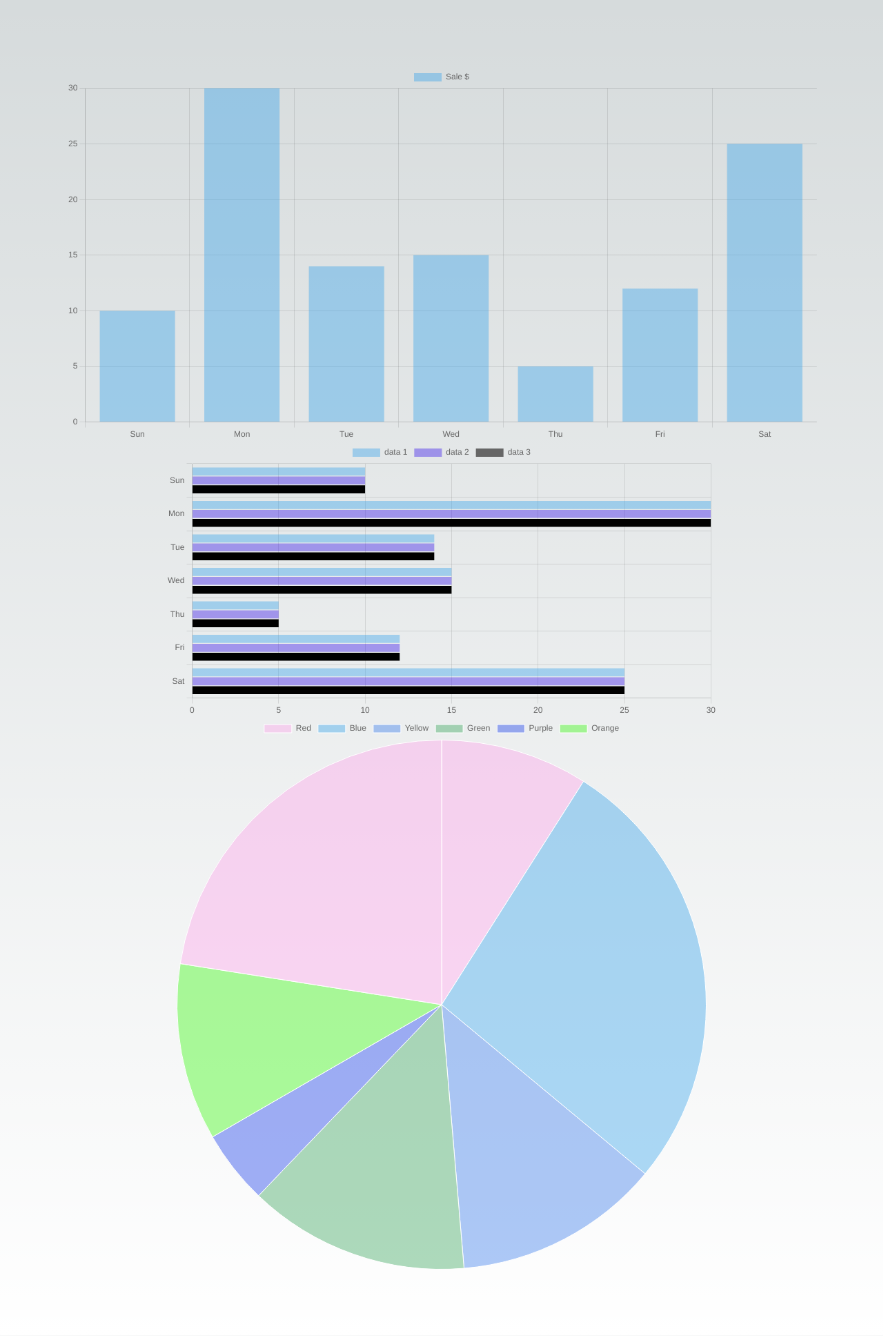
Repository: MonicaNguyenH/exercise-5
Page: /
An editor plug-in stored every save of this project. The page is shown before and after the next save, followed by the edit.
The browser window is 1280 px wide. The pictures show the whole page, at 69% of full size.
The project was rebuilt for these pictures with package versions that can differ from the ones it lists, and the page was loaded fresh each time. The framework's server and built-in components were replaced by stand-ins that run in the browser. Also part of the build but not shown: next.config.mjs.

Above is the page before, as saved 2024-04-15 14:29:56.

### pages/index.js

import styles from "@/styles/Home.module.css";
import VerticalBar from "@/components/VerticalBar";
import HorizontalChart from "@/components/HorizontalChart";
import PieChart from "@/components/PieChart ";


export default function Home() {
  return (
    <>
      <main className={`${styles.main}`}>
        <VerticalBar />
        <HorizontalChart/>
        <PieChart/>
      </main>
    </>
  );
}

### components/VerticalBar/index.js
import styles from './VerticalBar.module.css';
import { Bar } from 'react-chartjs-2';

import {
    Chart as ChartJS,
    CategoryScale,
    LinearScale,
    BarElement,
    Title,
    Tooltip,
    Legend
} from 'chart.js'
import { useState, useEffect } from 'react';

ChartJS.register(
    CategoryScale,
    LinearScale,
    BarElement,
    Title,
    Tooltip,
    Legend
)

export default function VerticalBar(){
    const [chartData, setChartData] = useState({
        datasets: []
    })

    const [chartOptions, setChartOptions] = useState({})

    useEffect(() => {
        setChartData({
            labels: ["Sun", "Mon", "Tue", "Wed", "Thu", "Fri", "Sat"],
            datasets: [
                {
                    label: 'Sale $',
                    data:[10,30,14,15,5,12,25,17],
                    borderClor: 'rgb(53, 162, 235 )',
                    backgroundColor: 'rgba(53, 162, 235, 0.4)'
                }
            ]
        })

        setChartOptions({
            plugins: {
                Legend: {
                    position: 'top'
                },
                title: {
                    dispaly: true,
                    text: "Daily Revenue"
                },
                maintainAspectRatio: false,
                reponsive: true
            }
        })
    }, [])

    return(
        <>
        <Bar data={chartData} options={chartOptions}/>
        </>
    )
}

### components/HorizontalChart/index.js
import styles from './HorizontalChart.module.css';
import { Bar } from 'react-chartjs-2';

import {
    Chart as ChartJS,
    CategoryScale,
    LinearScale,
    BarElement,
    Title,
    Tooltip,
    Legend
} from 'chart.js'
import { useState, useEffect } from 'react';

ChartJS.register(
    CategoryScale,
    LinearScale,
    BarElement,
    Title,
    Tooltip,
    Legend
)

export default function HorizontalChart(){
    const [chartData, setChartData] = useState({
        datasets: []
    })

    const [chartOptions, setChartOptions] = useState({})

    useEffect(() => {
        setChartData({
            labels: ["Sun", "Mon", "Tue", "Wed", "Thu", "Fri", "Sat"],
            datasets: [
                {
                    label: 'data 1',
                    data:[10,30,14,15,5,12,25,17],
                    borderClor: 'rgb(53, 162, 235 )',
                    backgroundColor: 'rgba(53, 162, 235, 0.4)'
                },
                {
                    label: 'data 2',
                    data:[10,30,14,15,5,12,25,17],
                    borderClor: 'rgb(44, 162, 235 )',
                    backgroundColor: 'rgba(53, 22, 235, 0.4)'
                },
                {
                    label: 'data 3',
                    data:[10,30,14,15,5,12,25,17],
                    borderClor: 'rgb(22, 162, 235 )',
                    backgroundColor: 'rgba(53, 162, , 0.4)'
                }
            ]
        })

        setChartOptions({
            indexAxis: 'y',
            plugins: {
                Legend: {
                    position: 'top'
                },
                title: {
                    dispaly: true,
                    text: "Daily Revenue"
                },
                maintainAspectRatio: true,
                reponsive: true
            }
        })
    }, [])

    return(
        <div>
        <Bar data={chartData} options={chartOptions} style={{ width: "800px", height: "500px"}}/>
        </div>
    )
}

### components/PieChart /index.js
import styles from './PireChart.module.css';
import { Pie } from 'react-chartjs-2';

import {
    Chart as ChartJS,
    CategoryScale,
    ArcElement,
    Tooltip,
    Legend
} from 'chart.js'
import { useState, useEffect } from 'react';

ChartJS.register(
    CategoryScale,
    ArcElement,
    Tooltip,
    Legend
)

export default function PieChart(){
    const [chartData, setChartData] = useState({
        datasets: []
    })

    const [chartOptions, setChartOptions] = useState({})

    useEffect(() => {
        setChartData({
            labels: ["Red", "Blue", "Yellow", "Green", "Purple", "Orange"],
            datasets: [
                {
                    label: '# of Votes',
                    data:[10,30,14,15,5,12,25],
                    borderClor: [
                        'rgba(255, 162, 235, 0.4)',
                        'rgba(53, 162, 235, 0.4)',
                        'rgba(53, 120, 235, 0.4)',
                        'rgba(53, 162, 88, 0.4)',
                        'rgba(22, 58, 235, 0.4)',
                        'rgba(53, 250, 12, 0.4)',
                    ],
                    backgroundColor: [
                        'rgba(255, 162, 235, 0.4)',
                        'rgba(53, 162, 235, 0.4)',
                        'rgba(53, 120, 235, 0.4)',
                        'rgba(53, 162, 88, 0.4)',
                        'rgba(22, 58, 235, 0.4)',
                        'rgba(53, 250, 12, 0.4)',
                    ],
                    borderWidth: 1
                }
            ]
        })

        setChartOptions({
            plugins: {
                Legend: {
                    position: 'top'
                },
                title: {
                    dispaly: true,
                    text: "Daily Revenue"
                },
                maintainAspectRatio: false,
                reponsive: true
            }
        })
    }, [])

    return(
        <>
        <div>
            <Pie data={chartData} options={chartOptions} style={{ width: "800px", height: "500px"}}/>
        </div>
        </>
    )
}

Loaded but not shown: pages/_app.js (common file); pages/_document.js (common file); styles/globals.css (common file); styles/Home.module.css (common file); components/HorizontalChart/HorizontalChart.module.css (no stored copy; drawn as an empty file); components/PieChart /PireChart.module.css (no stored copy; drawn as an empty file); components/VerticalBar/VerticalBar.module.css (no stored copy; drawn as an empty file)

After the next save:
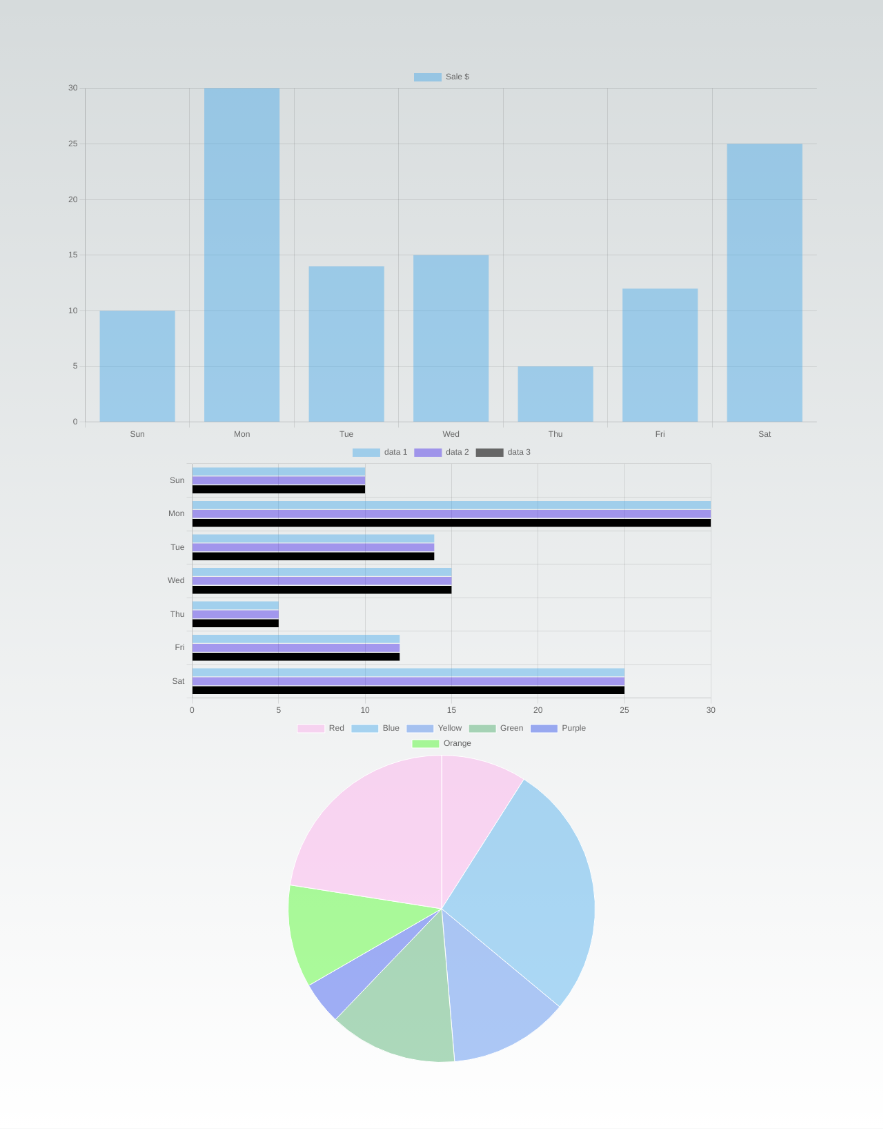
Saved 63 s later.
--- a/components/PieChart /index.js
+++ b/components/PieChart /index.js
@@ -70,7 +70,7 @@ export default function PieChart(){
     return(
         <>
         <div>
-            <Pie data={chartData} options={chartOptions} style={{ width: "800px", height: "500px"}}/>
+            <Pie data={chartData} options={chartOptions} style={{ width: "500px", height: "500px"}}/>
         </div>
         </>
     )
